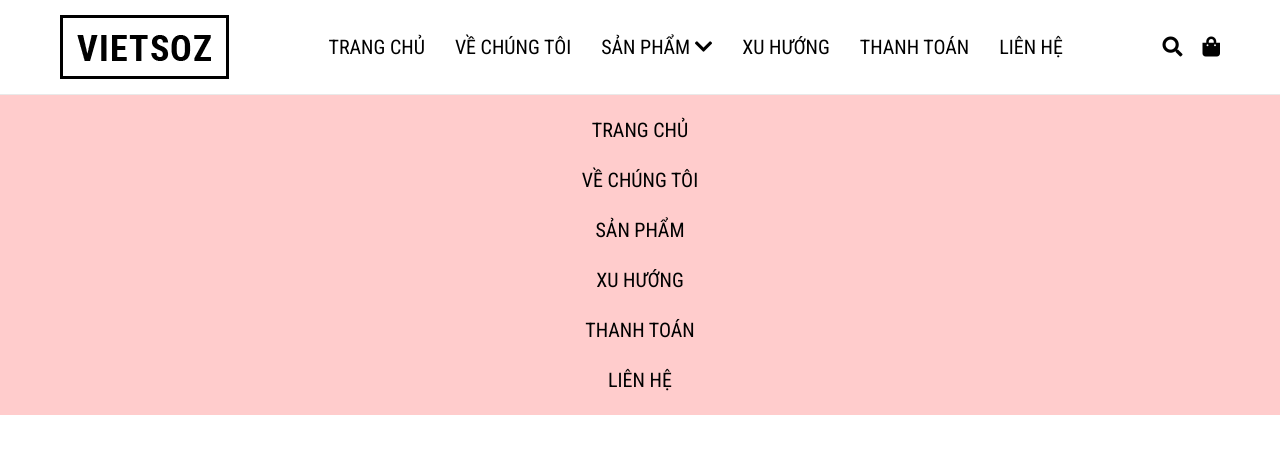
Repository: vinhtk0209/Vietsoz-reponsive
Page: index.html
These files come from the project's save history. The page is drawn as it stood at one moment and after the next save; the edit follows.
The browser window is 1280 px wide. The pictures show the whole page.

Above is the page before, as saved 2021-10-23 17:42:41.

After the next save:
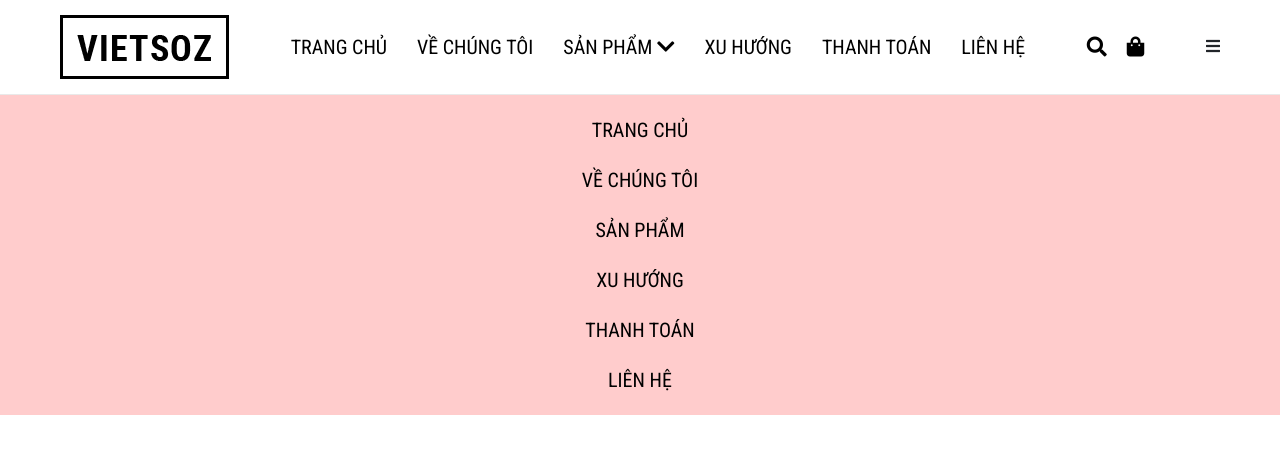
Saved 14 s later.
--- a/assets/css/main.css
+++ b/assets/css/main.css
@@ -80,6 +80,7 @@
     padding-top: 20px;
     display: block;
 }
+.header-main-menu.reponsive ul li:
 .nav-bar{
     display: none;
     font-size: 20px;

After the 2 saves that followed:
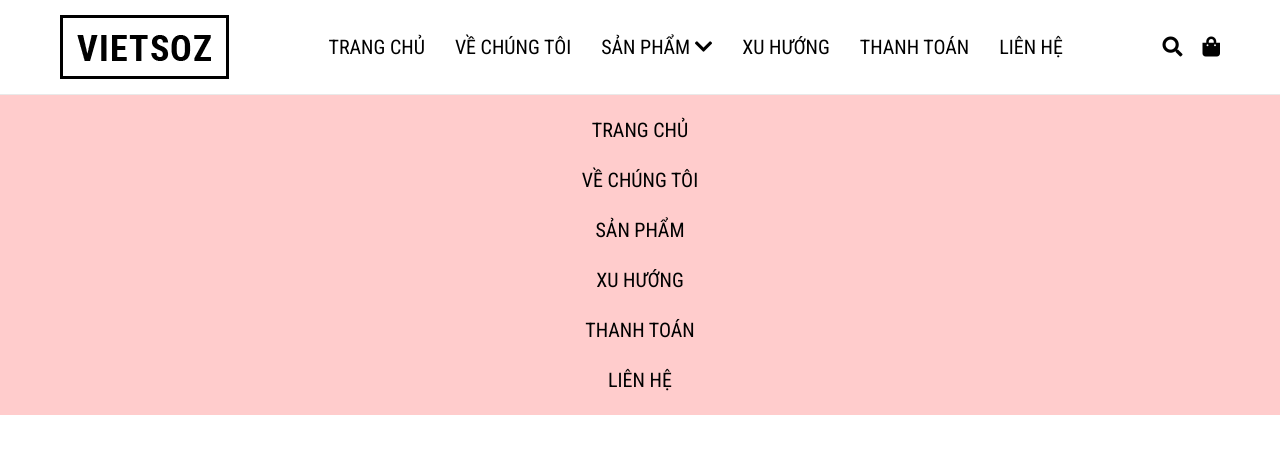
The 2 saves are shown as one change because they came seconds apart.
The last was saved 7 s later.
--- a/assets/css/main.css
+++ b/assets/css/main.css
@@ -74,13 +74,15 @@
     left:0;
     text-align: center;
     padding-bottom: 20px;
-    #FFCCFF
+
 }
 .header-main-menu.reponsive ul li a{
     padding-top: 20px;
     display: block;
 }
-.header-main-menu.reponsive ul li:
+.header-main-menu.reponsive ul li:hover{
+
+}
 .nav-bar{
     display: none;
     font-size: 20px;
